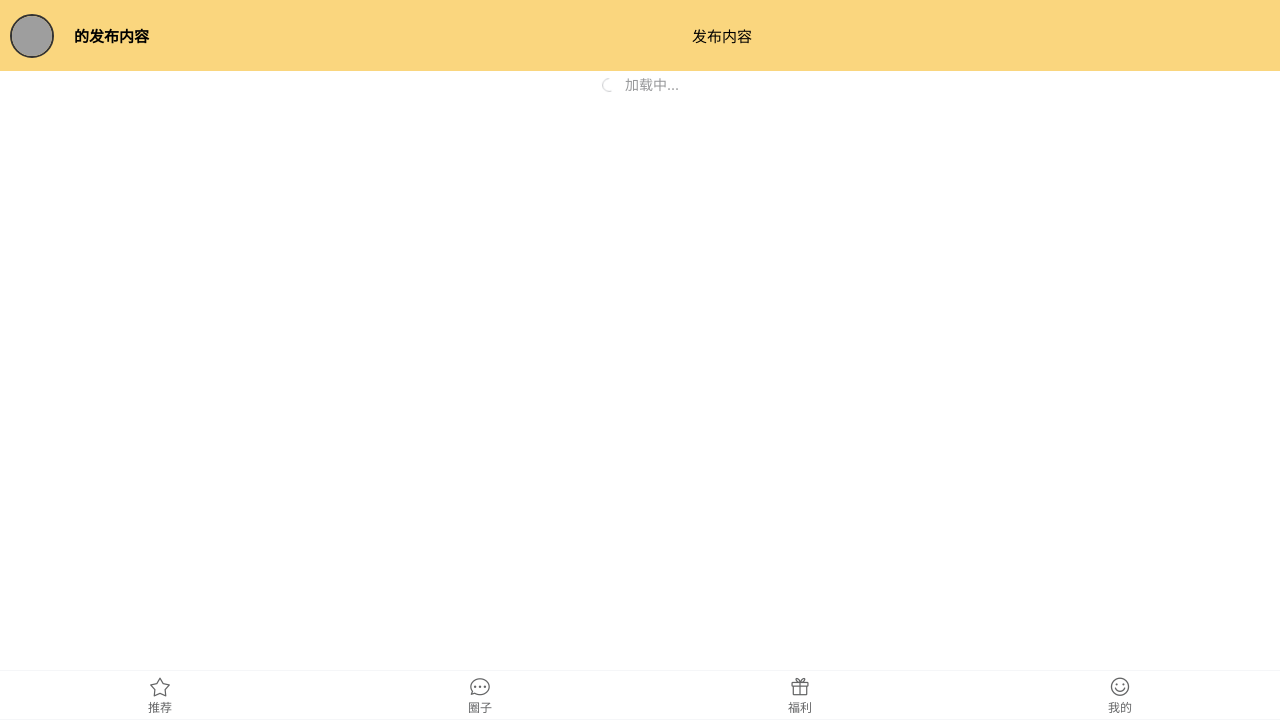
Repository: pbw-langwang/dm
Page: /#/fabu (app in dm_vue/)
The author's editor kept a copy of each file at every save. The page is drawn from the files as they stood at one save, then again after the next save.
The browser window is 1280 px wide. The pictures show the whole page.
The page's requests for data from a server got no answer. The project was rebuilt for these pictures with package versions that can differ from the ones it lists, and the page was loaded fresh each time. No one was signed in, and anything a server would have sent is missing. Also part of the build but not shown: dm_vue/src/components/HelloWorld.vue, dm_vue/src/components/video.vue, dm_vue/src/components/setting.vue, dm_vue/src/components/gift.vue, dm_vue/src/components/Regist.vue, dm_vue/src/components/history.vue, dm_vue/src/components/Search.vue, dm_vue/src/components/SearchList.vue and 2 more.

Above is the page before, as saved 2021-06-22 15:58:16.

### dm_vue/index.html
<!DOCTYPE html>
<html>
  <head>
    <meta charset="utf-8">
    <meta name="viewport" content="width=device-width,initial-scale=1.0">
    <title>toutiao</title>
  </head>
  <body>
    <div id="app"></div>
    <!-- built files will be auto injected -->
  </body>
</html>

### dm_vue/src/main.js
// The Vue build version to load with the `import` command
// (runtime-only or standalone) has been set in webpack.base.conf with an alias.
import Vue from 'vue'
import App from './App'
import router from './router'
import Vant from 'vant'
import 'vant/lib/index.css'
import axios from 'axios'
import VueAxios from 'vue-axios'

Vue.use(VueAxios, axios)
Vue.use(Vant);

axios.defaults.baseURL = 'http://localhost:8080/dm/';
axios.defaults.withCredentials = true;

Vue.config.productionTip = false

Vue.filter("dateFormat", function (dateStr, pattern = "") {
    var dt = new Date(dateStr);
    var y = dt.getFullYear();
    var m = dt.getMonth() + 1;
    var d = dt.getDate();
    if (pattern.toLowerCase() == "yyyy-mm-dd") {
        return `${y}年${m}月${d}日`
    } else {
        var hh = dt.getHours();
        var mm = dt.getMinutes();
        var ss = dt.getSeconds();
        return `${y}年${m}月${d}日 ${hh}:${mm}:${ss}`
    }
})

/* eslint-disable no-new */
new Vue({
    el: '#app',
    router,
    components: { App },
    template: '<App/>'
})

### dm_vue/src/App.vue
<template>
  <div id="app">
    <router-view />

    <van-tabbar v-model="active" route>
      <van-tabbar-item name="home" to="/" icon="star-o">推荐</van-tabbar-item>
      <van-tabbar-item name="search" to="/video" icon="chat-o"
        >圈子</van-tabbar-item
      >
      <van-tabbar-item name="search" to="/gift" icon="point-gift-o"
        >福利</van-tabbar-item
      >
      <van-tabbar-item name="setting" to="/setting" icon="smile-o"
        >我的</van-tabbar-item
      >
    </van-tabbar>
  </div>
</template>

<script>
export default {
  name: "App",
  data() {
    return {
      active: "home",
    };
  },
};
</script>

### dm_vue/src/router/index.js
import Vue from 'vue'
import Router from 'vue-router'
import HelloWorld from '@/components/HelloWorld'
import video from '@/components/video'
import setting from '@/components/setting'
import Gift from '@/components/gift'
import Regist from '@/components/Regist'
import History from "@/components/History"
import Search from "@/components/Search"
import SearchList from "@/components/SearchList"
import Postdetail from "@/components/Postdetail"
import Authord from "@/components/Authord"
import fabu from "@/components/fabu"

Vue.use(Router)

export default new Router({
    routes: [{
            path: '/',
            name: 'HelloWorld',
            component: HelloWorld
        },
        {
            path: '/video',
            name: 'Video',
            component: video
        },
        {
            path: '/setting',
            name: 'setting',
            component: setting
        },
        {
            path: "/gift",
            name: "gift",
            component: Gift
        },
        {
            path: "/Regist",
            name: "Regist",
            component: Regist
        }, {
            path: "/History",
            name: "History",
            component: History
        }, {
            path: "/Search",
            name: "Search",
            component: Search
        }, {
            path: "/SearchList/:value",
            name: "SearchList",
            component: SearchList
        }, {
            path: "/Postdetail/:value",
            name: "Postdetail",
            component: Postdetail
        },
        {
            path: "/Authord/:value",
            name: "Authord",
            component: Authord
        },
        {
            path: "/fabu",
            name: "fabu",
            component: fabu
        }
    ]
})

### dm_vue/src/components/fabu.vue
<template>
  <div>
    <div class="top">
      <img :src="picIp+userimg" />
      <p class="name">{{username}} 的发布内容</p>
      <p>发布内容</p>
    </div>

    <van-pull-refresh v-model="refreshing" @refreshing="onRefresh">
      <van-list
        v-model="loading"
        :finished="finished"
        finished-text="没有更多"
        @load="onLoad"
      >
        <van-cell v-for="item in list" :key="item.postid">
          <div class="contentList" @click="gotopostdetail(item.postid)">
            <p style="margin: 5px 0">{{item.postcontent}}</p>
            <img style="width: 80%" :src="picIp+item.postimg"/>
          </div>
        </van-cell>
      </van-list>
    </van-pull-refresh>
  </div>
</template>

<script>
export default {
    name:"fabu",
    data(){
        return {
            picIp:"http://localhost:8080/pic/",
            pageIndex:1,
            list:[],
            userimg:localStorage.getItem("userImg"),
            username:localStorage.getItem("username"),
            loading:false,
            finished:false,
            refreshing:false,
        }
    },
    mounted(){

    },
    methods:{
        gotopostdetail(postId){
          this.$router.push("Postdetail/"+postId);
        },

        onLoad(){
          if(this.refreshing){
            this.list=[];
            this.refreshing=false;
          }
          this.axios.get("userpost/getByid?current="+this.pageIndex+"&size=3&username="+localStorage.getItem("username")).then((response)=>{
            this.list=this.list.concat(response.data.records);
            this.loading=false;
            if(this.pageIndex>=response.data.pages){
                this.finished=true;
            }
            this.pageIndex++;
          })
        },
        onRefresh(){
            this.finished=false;
            this.pageIndex=1;
            this.loading=true;
            this.onLoad();
        },
    }
}
</script>

<style scoped>
.top{
  width: 100%;
  display: flex;
  align-items: center;
  padding: 10px;
  position: fixed;
  top: 0;
  background-color: rgb(250,214,126);
}
.top img{
  width: 40px;
  height: 40px;
  border-radius: 50%;
  border: #333 solid 2px;
}
.top .name{
  flex: 1;
  margin-left: 20px;
  font-size: 15px;
  font-weight: 700;
}
.top p:nth-child(3){
  flex: 1;
  margin-left: 20px;
  font-size: 15px;
}


.van-pull-refresh{
  margin-top: 60px;
}

.contentList{
  margin-bottom: 30px;
  border-bottom: #999 solid 5px;
}
</style>

After the next save:
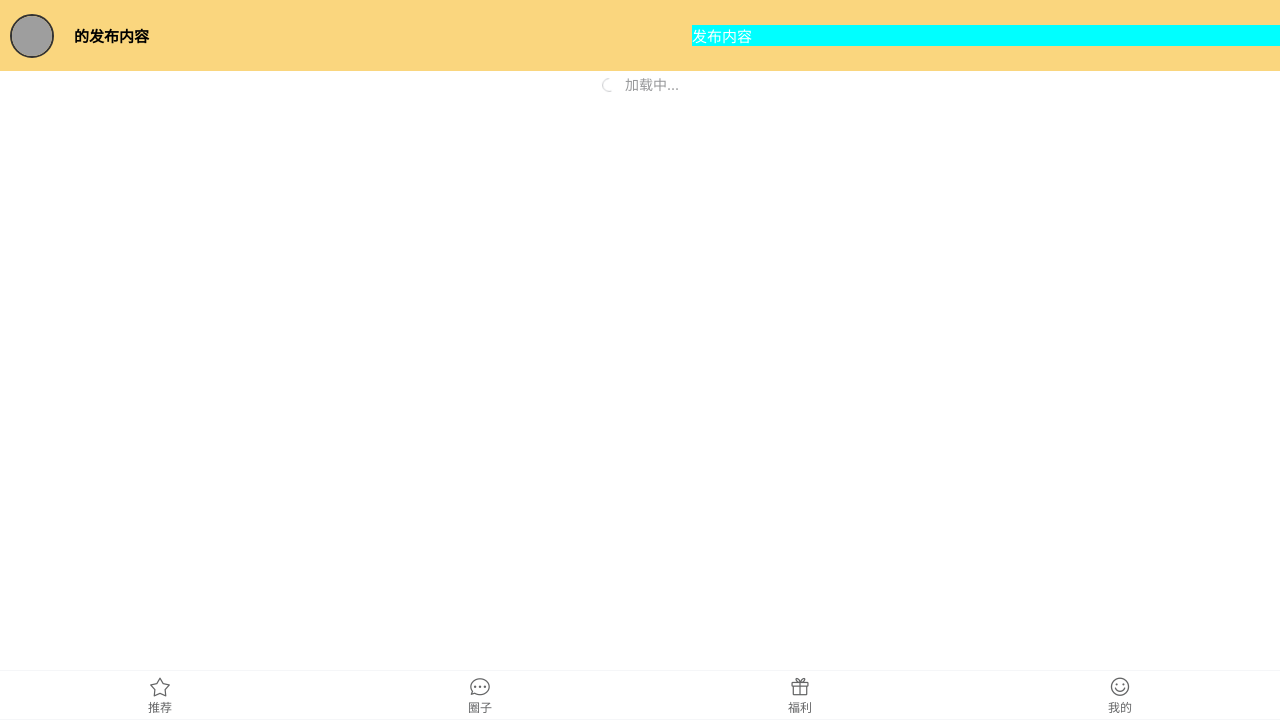
Saved 23 s later.
--- a/dm_vue/src/components/fabu.vue
+++ b/dm_vue/src/components/fabu.vue
@@ -97,6 +97,8 @@ export default {
   flex: 1;
   margin-left: 20px;
   font-size: 15px;
+  background-color: aqua;
+  color: white;
 }
 
 
